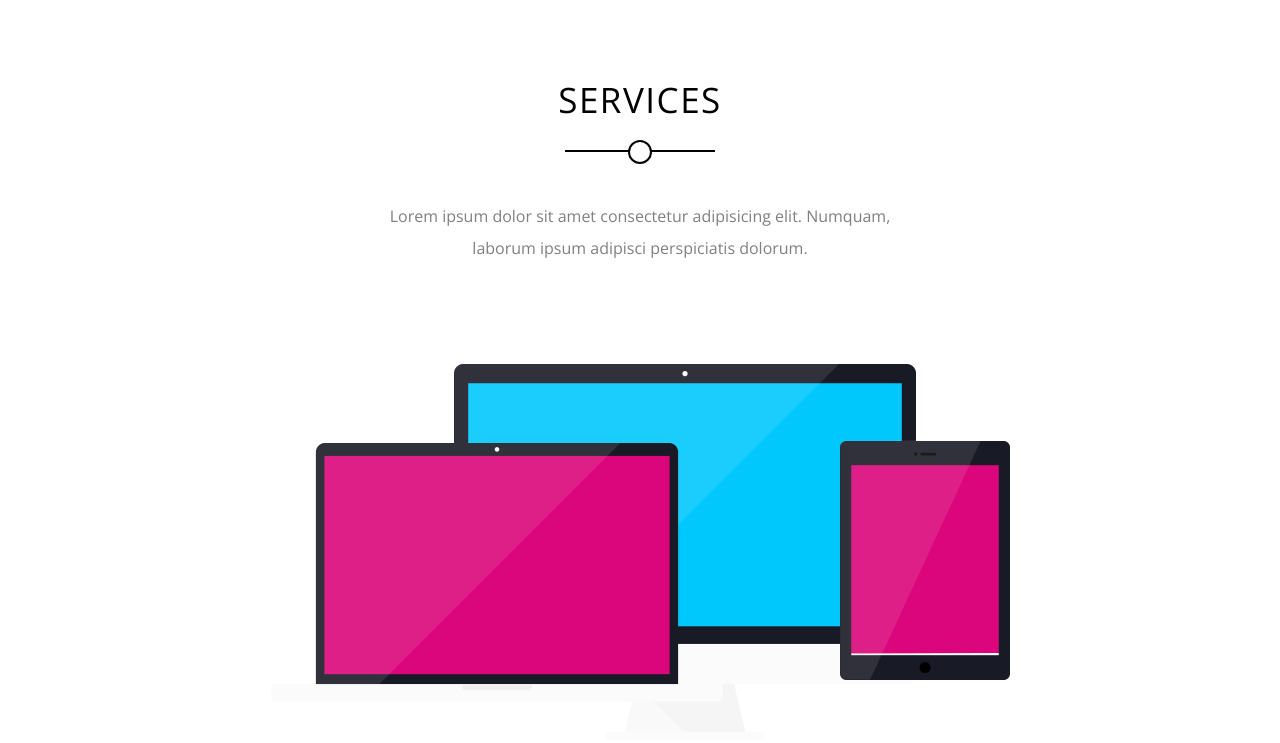
Repository: Ahmed123rezk123/Template_2
Page: index.html
An editor plug-in stored every save of this project. The page is shown before and after a run of saves, followed by the edit.
The browser window is 1280 px wide. The pictures show the part of the page from y = 4005 to 4748 px (the page is 4748 px tall).
A picture or video elsewhere on the page could not be fetched, so the positions and the page height are approximate. Some web fonts or font styles are not loaded; a fallback is used.

Above is the page before, as saved 2024-04-13 15:02:42.

### index.html
<!DOCTYPE html>
<html lang="en">
<head>
    <meta charset="UTF-8">
    <meta name="viewport" content="width=device-width, initial-scale=1.0">
    <title>Kasper | Template two</title>
    <!-- Render All Elements Normally -->
    <link rel="stylesheet" href="css/normalize.css">
    <!-- Font Awesome Library -->
    <link rel="stylesheet" href="css/all.min.css">
      <!-- Main Temlate css file -->
      <link rel="stylesheet" href="css/kasper.css">
    <!-- Google Fonts -->
    <link rel="preconnect" href="https://fonts.googleapis.com">
    <link rel="preconnect" href="https://fonts.gstatic.com" crossorigin>
    <link href="https://fonts.googleapis.com/css2?family=Edu+TAS+Beginner:wght@500&family=Open+Sans:wght@400;700&display=swap" rel="stylesheet">
    <!-- <link href="https://cdn.jsdelivr.net/npm/bootstrap@5.3.2/dist/css/bootstrap.min.css" rel="stylesheet"> -->
  </head>
<body>
<!-- Start Header -->
<header>
  <div class="container">
    <a href="#" class="logo">
      <img src="images/logo.png" alt="Logo">
    </a>
    <nav>
      <i class="fas fa-bars menu"></i>
      <ul>
       <li><a href="#" class="active">Home</a></li>
       <li><a href="#">Service</a></li>
       <li><a href="#">portfolio</a></li>
       <li><a href="#">About</a></li>
       <li><a href="#">Pricing</a></li>
       <li><a href="#">Contact</a></li>
      </ul>
      <div class="form">
        <i class="fas fa-search"></i>
      </div>
    </nav>
  </div>
</header>
<!-- End Header -->
<!-- Start Landing -->
    <section class="landing">
      <div class="overlay">
        <div class="text">
          <div class="content">
            <h2>
              Hello World<br>
              We Are Kasper We Make Art.
            </h2>
              <p>Lorem ipsum dolor sit amet consectetur adipisicing elit. Numquam,
                laborum ipsum adipisci perspiciatis dolorum debitis incidunt,
                sapiente corrupti doloribus, earum rem dicta quibusdam saepe voluptatem vero.
                  Commodi sed quidem laborio sam.</p>
          </div>
        </div>
      </div>
      <i class="fas fa-angle-left icon1 fa-2x"></i>
      <i class="fas fa-angle-right icon2 fa-2x"></i>
      <ul class="bullets">
        <li></li>
        <li class="active"></li>
        <li></li>
      </ul>
    </section>
<!-- End Landing -->
<!-- Start Services -->
    <section class="services">
      <div class="container">
      <div class="main-content">
        <h2>Services</h2>
        <p>Lorem ipsum dolor sit amet consectetur adipisicing elit. Numquam,
          laborum ipsum adipisci perspiciatis dolorum.</p>
      </div>
      <div class="services-content">
        <div class="div-content">
          <i class="fas fa-desktop"></i>
          <div class="text">
          <h2>Frontend Developer</h2>
          <p>Lorem, ipsum dolor sit amet consectetur adipisicing elit. Minus dolorum ipsam, ullam tenetur ab aliquid quia repudiandae .</p>
        </div>
        </div>
        <div class="div-content">
          <i class="fas fa-cog"></i>
          <div class="text">
            <h2>Frontend Developer</h2>
            <p>Lorem, ipsum dolor sit amet consectetur adipisicing elit. Minus dolorum ipsam, ullam tenetur ab aliquid quia repudiandae .</p>
          </div>
         </div>
        <div class="div-content">
          <i class="fas fa-pencil-ruler"></i>
          <div class="text">
            <h2>Frontend Developer</h2>
            <p>Lorem, ipsum dolor sit amet consectetur adipisicing elit. Minus dolorum ipsam, ullam tenetur ab aliquid quia repudiandae .</p>
          </div>
         </div>
        <div class="div-content">
          <i class="fas fa-camera"></i>
          <div class="text">
            <h2>Frontend Developer</h2>
            <p>Lorem, ipsum dolor sit amet consectetur adipisicing elit. Minus dolorum ipsam, ullam tenetur ab aliquid quia repudiandae .</p>
          </div>
          </div>
      </div>
      </div>
    </section>
<!-- End Services -->
<!-- Start Design -->
<section class="design">
  <div class="overlay">
    <div class="image">
      <img src="images/mobile.png" alt="">
    </div>
    <div class="text">
      <div class="content">
        <h2>OUR DESIGN COMES WITH...</h2>
        <div class="div-icon">
          <div class="div-content">
            <i class="fas fa-desktop lab1"></i>
            <span>Responsive Design</span>
          </div>
          <div class="div-content">
        <i class="fas fa-desktop lab2"></i>
        <span>Modern And Clean Design</span>
        </div>
        <div class="div-content">
        <i class="fas fa-desktop lab3"></i>
        <span>Clean Code</span>
        </div>
        <div class="div-content">
        <i class="fas fa-desktop lab4"></i>
        <span>Browser Friendly</span>
      </div>
      </div>
      </div>
    </div>
  </div>
</section>
<!-- End Design -->
<!-- Start Portfolio -->
<div class="portfolio">
  <div class="container">
    <div class="main-content">
      <h2>Portfolio</h2>
      <p>Lorem ipsum dolor sit amet consectetur adipisicing elit. Numquam,
        laborum ipsum adipisci perspiciatis dolorum.</p>
    </div>
    <ul class="shuffle">
      <li class="active">All</li>
      <li>App</li>
      <li>Photo</li>
      <li>Web</li>
      <li>Print</li>
    </ul>
    </div>
    <div class="imgs-content">
      <div class="box">
        <img src="images/shuffle-01.jpg" alt="">
        <div class="caption">
          <h4>Awesome Image</h4>
          <p>Photography</p>
        </div>
      </div>
      <div class="box">
        <img src="images/shuffle-02.jpg" alt="">
        <div class="caption">
          <h4>Awesome Image</h4>
          <p>Photography</p>
        </div>
      </div>
      <div class="box">
        <img src="images/shuffle-03.jpg" alt="">
        <div class="caption">
          <h4>Awesome Image</h4>
          <p>Photography</p>
        </div>
      </div>
      <div class="box">
        <img src="images/shuffle-04.jpg" alt="">
        <div class="caption">
          <h4>Awesome Image</h4>
          <p>Photography</p>
        </div>
      </div>
      <div class="box">
        <img src="images/shuffle-05.jpg" alt="">
        <div class="caption">
          <h4>Awesome Image</h4>
          <p>Photography</p>
        </div>
      </div>
      <div class="box">
        <img src="images/shuffle-06.jpg" alt="">
        <div class="caption">
          <h4>Awesome Image</h4>
          <p>Photography</p>
        </div>
      </div>
      <div class="box">
        <img src="images/shuffle-07.jpg" alt="">
        <div class="caption">
          <h4>Awesome Image</h4>
          <p>Photography</p>
        </div>
      </div>
      <div class="box">
        <img src="images/shuffle-08.jpg" alt="">
        <div class="caption">
          <h4>Awesome Image</h4>
          <p>Photography</p>
        </div>
      </div>
    </div>
    <a href="#" class="more">MORE</a>
    </div>
<!-- End Portfolio -->
<!-- Start Video -->
<div class="video">
  <video autoplay muted loop>
    <source src="images/awesome-video (1).mp4" type="video/mp4">
  </video>
  <div class="text">
      <h2>SUPER AWESOME VIDEO HERE</h2>
      <p>Its All You Need</p>
      <button>SEE MORE</button>
</div>
</div>
<!-- End Video -->

<!-- Start About -->
  <div class="about">
    <div class="container">
      <div class="main-content">
        <h2>Services</h2>
        <p>Lorem ipsum dolor sit amet consectetur adipisicing elit. Numquam,
          laborum ipsum adipisci perspiciatis dolorum.</p>
      </div>
          <img src="images/about.png" alt="">
    </div>
  </div>
<!-- End About -->
</body>
</html>

### css/kasper.css
/* Start Variable */
:root {
--main-color: #19c8fa;
--transparent-color: rgb(15 116 143 / 70%);
--section-padding: 100px;
}
/* End Variable */

/* Start Global Rules   */
* {
    -webkit-box-sizing: border-box;
    -moz-box-sizing: border-box;
    box-sizing: border-box;
   padding: 0;
   margin: 0;
}
html {
    scroll-behavior: smooth;
}
body{
    font-family: 'Open Sans', sans-serif;
}
 ul {
    list-style: none;
 }

 .container {
   margin-left: auto;
   margin-right: auto;
   padding-left: 15px;
   padding-right: 15px;
 }

/* Small */

@media(min-width: 768px) {
    .container {
       width: 750px;
    }
}

/* Medium */

@media(min-width: 992px) {
    .container {
        width: 970px;
    }
}

/* Large  */

@media(min-width: 1200px) {
    .container {
        width: 1170px;
    }
}
/* End Global Rules */
/* Start Component */

.main-content {
text-align: center;
}

.main-content h2 {
    position: relative;
text-transform: uppercase;
font-weight: normal;
letter-spacing: 1.5px;
font-size: 35px;
margin-bottom: 80px;
}
.main-content h2::before {
    position: absolute;
    content: '';
    top: 70px;
    left: 50%;
    transform: translateX(-50%);
    width: 150px;
    height: 2px;
    background-color: black;

}
.main-content h2::after {
position: absolute;
content: '';
top: 60px;
left: 50%;
transform: translateX(-50%);
width: 20px;
height: 20px;
border-radius: 50%;
border: 2px solid black;
background-color: #fff;

}
.main-content p {
    width: 550px;
    margin: 0 auto 100px;
    line-height: 2;
    max-width: 100%;
    color: gray;
}
/* End Component */

/* Start Header */
header {
position: absolute;
width: 100%;
left: 0;
z-index: 3;
}
header .container {
    display: flex;
    justify-content: space-between;
    align-items: center;
    position: relative;
    min-height: 97px;
}
header .container::after {
    content: "";
    position: absolute;
    background-color: #a2a2a2;
    height: 1px;
    width: calc(100% - 30px);
    bottom: 0;
    left: 15px;
}
header .logo img {
    height: 50px;
}
header nav {
    flex: 1;
    display: flex;
    justify-content: flex-end;
    align-items: center;
}
header nav .menu {
    color: #fff;
    font-size: 20px;
}
@media(min-width: 768px) {
    header nav .menu {
        display: none;
    }
}

header nav ul {
display: flex;
}
@media(max-width: 767px) {
    header nav ul {
        display: none;
    }
    header nav .menu:hover + ul {
        display: flex;
        flex-direction: column;
        position: absolute;
        top: 100%;
        left: 0;
        width: 100%;
        background-color: rgba(0, 0, 0, 50%);
    }
    header nav .menu:hover + ul li a {
        padding: 15px;
    }
}
header nav ul li a {
display: block;
text-decoration: none;
color: #fff;
padding: 40px 10px;
font-size: 15px;
transition: .5s;
position: relative;
z-index: 2;
}
header nav ul li a.active,
header nav ul li a:hover {
color:var(--main-color) ;
border-bottom: 2px solid var(--main-color);
}
header nav .form {
    width: 40px;
    height: 30px;
    position: relative;
    margin-left: 30px;
    border-left: 1px solid #fff;
}
header nav .form  i {
    color: #fff;
    position: absolute;
    top: 50%;
    transform: translateY(-50%);
    font-size: 20px;
    right: 0;
}
/* End Header */

/* Start Landing  */
    .landing {
        min-height: 100vh;
        background-image: url(../images/landing.jpg);
        background-size: cover;
        position: relative;
    }
    .landing .overlay {
        position: absolute;
        background-color: rgba(0, 0, 0, 50%);
        width: 100%;
        height: 100%;

    }
    .landing  .text {
     position: absolute;
     left: 0;
     top: 50%;
     transform: translateY(-50%);
     width: 50%;
     padding: 50px;
     background-color: var(--transparent-color);
     display: flex;
     justify-content: flex-end;
     color: white;

    }
    .landing .overlay .text .content {
       max-width: 500px;

    }

    @media(max-width: 767px) {
        .landing .text {
            width: 100%;
        }
        .landing .text .content {
            width: 100%;
        }
    }
    .landing .overlay .text .content h2 {

        font-size: 32px;
        font-weight: normal;
        margin-bottom: 30px;
        line-height: 1.5;

    }
    .landing .overlay .text .content p {
       font-size: 14px;
        line-height: 2 ;

    }
    .landing .icon1 {
        left: 30px;
        position: absolute;
        top: 50%;
        color: white;
        transform: translateY(-50%)
    }

    .landing .icon2 {
        position: absolute;
        right: 30px;
        top: 50%;
        color: white;
        transform: translateY(-50%);
    }

    @media(max-width: 767px) {
    .landing .icon1 ,
    .landing .icon2 {
        display: none;
    }
    }

    .landing .bullets {
        position: absolute;
        transform: translateX(-50%);
        bottom: 20px;
        left: 50%;
       display: flex;
    }
    .landing .bullets li {
    width: 20px;
    height: 20px;
    border-radius: 50%;
    border: 1px solid white;
    margin-left: 8px;
    }
    .landing .bullets .active {
        background-color: var(--main-color);
        border: 1 solid var(--main-color);
    }
/* End Landing  */

/* Strat Services */
.services {
    padding-top: var(--section-padding);
    padding-bottom: var(--section-padding);
}
.services .services-content  {
display: flex;
}


@media(min-width: 768px) {
    .services .services-content {
        display: grid;
        grid-template-columns: repeat(auto-fill,minmax(450px,1fr));
        grid-column-gap: 40px;
        grid-row-gap: 60px;

    }
}
.services .services-content  i{
    font-size: 45px;
    margin-right: 50px;
    position: absolute;
    }

.services-content h2 {
color: var(--main-color);
font-size: 22px;
display: inline-block;
margin-left: 100px;
letter-spacing: .8px;

}

.services-content p{
    color: gray;
    font-size: 16px;
    margin-top: 40px;
    margin-left: 100px;
    line-height: 2;
    letter-spacing: .5px;
    /* max-width: 400px; */
}
@media(max-width: 767px) {
    .services .services-content {
        display: flex;
        flex-direction: column;
        text-align: center;
        margin-bottom: 40px;
    }
    .services .services-content  i {
        margin: 0 0 30px;
        position: initial;
    }
    .services-content h2 {
        margin-left: 0;
    }
    .services-content p {
        margin-left: 0;
        margin-bottom: 20px;
    }
}
/* End Services */

/* Start Design */
.design {
    height: 600px;
    background-image: url(../images/design-features.jpg);
    background-size: cover;
    position: relative;
    overflow: hidden;
    display: flex;
    align-items: center;
}
.design .overlay {
    position: absolute;
        background-color: rgba(0, 0, 0, 50%);
        width: 100%;
        height: 100%;

}
.design .image {
    position: relative;
    width: 100%;
    height: 100%;
}
.design .image img {
      position: absolute;
      height: 80%;
    left: 200px;
   top: 200px;
   z-index: 2;
}
.design .overlay .text {
    position: absolute;
    right: 0;
    top: 50%;
    transform: translateY(-50%);
    width: 50%;
    padding: 50px;
    background-color: var(--transparent-color);
    color: white;
}

.design .overlay .text .content {
    max-width: 500px;
 }

 @media(max-width: 767px) {

     .design .overlay .text {
        width: 100%;
     }
     .design .image {
        display: none;
     }

 }

 .design .overlay .text .content h2 {

   margin-bottom: 50px;
     font-size: 25px;
     font-weight: normal;

 }
 .design .overlay .text .content span {
    font-size: 16px;
     line-height: 2 ;
   margin-left: 20px;
 }
 .design .overlay .text .content i {
    font-size: 17px;
 }
 .design .overlay .text .content .div-content {
   margin-bottom: 20px;
 }
/* End Design */


/* Start Portfolio */
.portfolio {
    padding-top: var(--section-padding);
    padding-bottom: var(--section-padding);
}

.portfolio .shuffle {
    display: flex;
    justify-content:center;
}
.portfolio .shuffle li {
padding: 10px;
}
.portfolio .shuffle li.active {
    color: white;
    background-color: var(--main-color);
}
.portfolio .imgs-content {
margin-top: 50px;
display: flex;
flex-wrap: wrap;
}
.portfolio .imgs-content .box {
    overflow: hidden;
position: relative;
}
.portfolio .imgs-content .box:hover .caption{
bottom: 0;
}
.portfolio .imgs-content .box:hover img {
transform: rotate(3deg) scale(1.1);
}

@media(min-width: 768px) {
    .portfolio .imgs-content .box {
        flex-basis: 50%;
        }
}
@media(min-width: 1199px) {
    .portfolio .imgs-content .box {
        flex-basis: 25%;
        }
}
.portfolio .imgs-content .box img {
    max-width: 100%;
    transition: .3s;
}
.portfolio .imgs-content .box .caption {
position: absolute;
left: 0;
padding: 20px;
background-color: white;
width: 100%;
transition: .3s;
bottom: -100%;
}
.portfolio .imgs-content .box:hover .caption h4{
   font-weight: normal;
   margin-bottom: 10px;
}
.portfolio .imgs-content .box:hover .caption p{
    color: var(--main-color);
}

.portfolio .more {
  display: block;
  width: fit-content;
    margin: 50px auto;
    text-decoration: none;
    color: white;
    background-color: var(--main-color);
    padding: 15px;
}
/* End Portfolio */

/* Start Video  */
.video {
    position: relative;
}
.video::before {
    content: "";
    position: absolute;
    background-color: rgba(0, 0, 0, 40%);
    width: 100%;
    height: 100%;
    left: 0;
    top: 0;
}
.video video {
width: 100%;
}
.video  .text {
position: absolute;
background-color: var(--transparent-color);
width: 100%;
padding: 50px;
transform: translateY(-50%);
top: 50%;
text-align: center;
}
.video .text h2 {
color: white;
margin-bottom: 30px;
font-weight: normal;
}
.video .text p {
color: white;
margin-bottom: 30px;
}

.video  .text button {
color: white;
background-color: #000;
padding: 10px 20px;
border: 0;
}

/* End Video  */

/* Start About */
.about {
    padding-top: var(--section-padding);
overflow: hidden;
text-align: center;
}
/* End About */

Loaded but not shown: css/normalize.css (library); css/all.min.css (library)

After the next 6 saves:
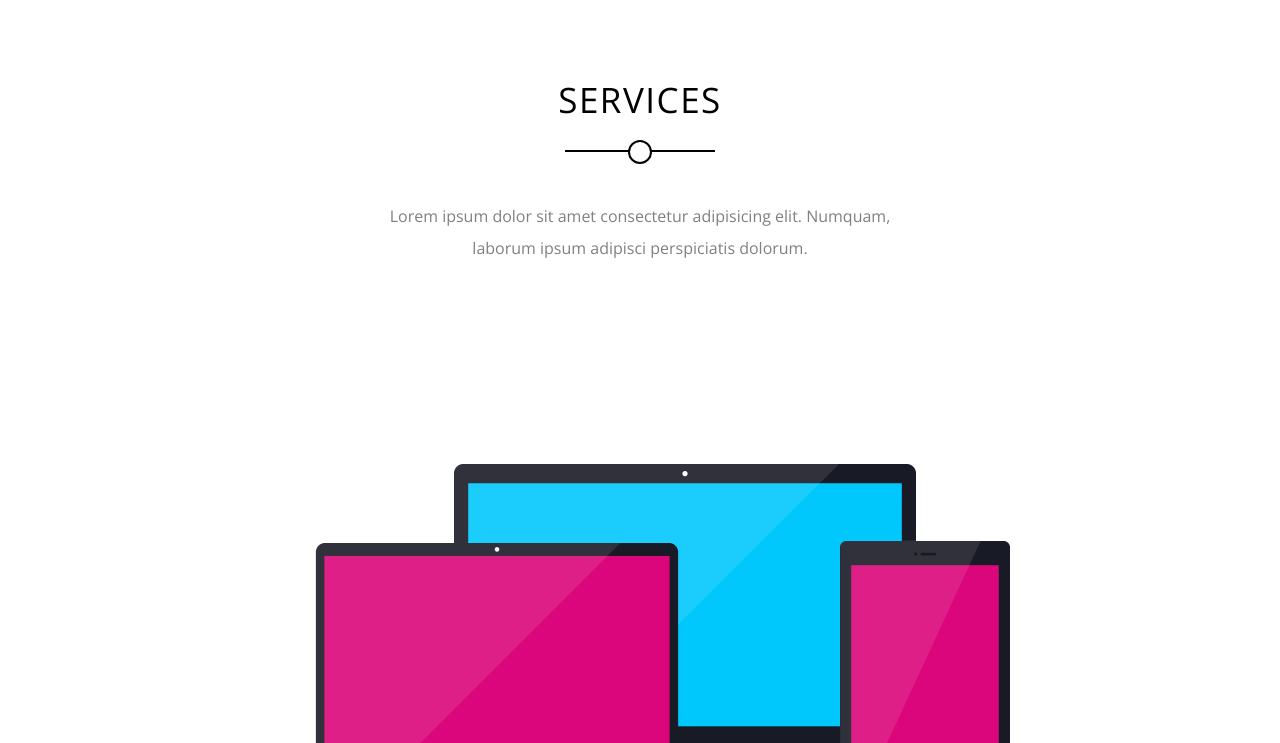
The 6 saves are shown as one change because they came seconds apart.
The last was saved 86 s later.
--- a/css/kasper.css
+++ b/css/kasper.css
@@ -557,4 +557,8 @@ border: 0;
 overflow: hidden;
 text-align: center;
 }
+.about img {
+    position: relative;
+    bottom: -100px;
+}
 /* End About */
